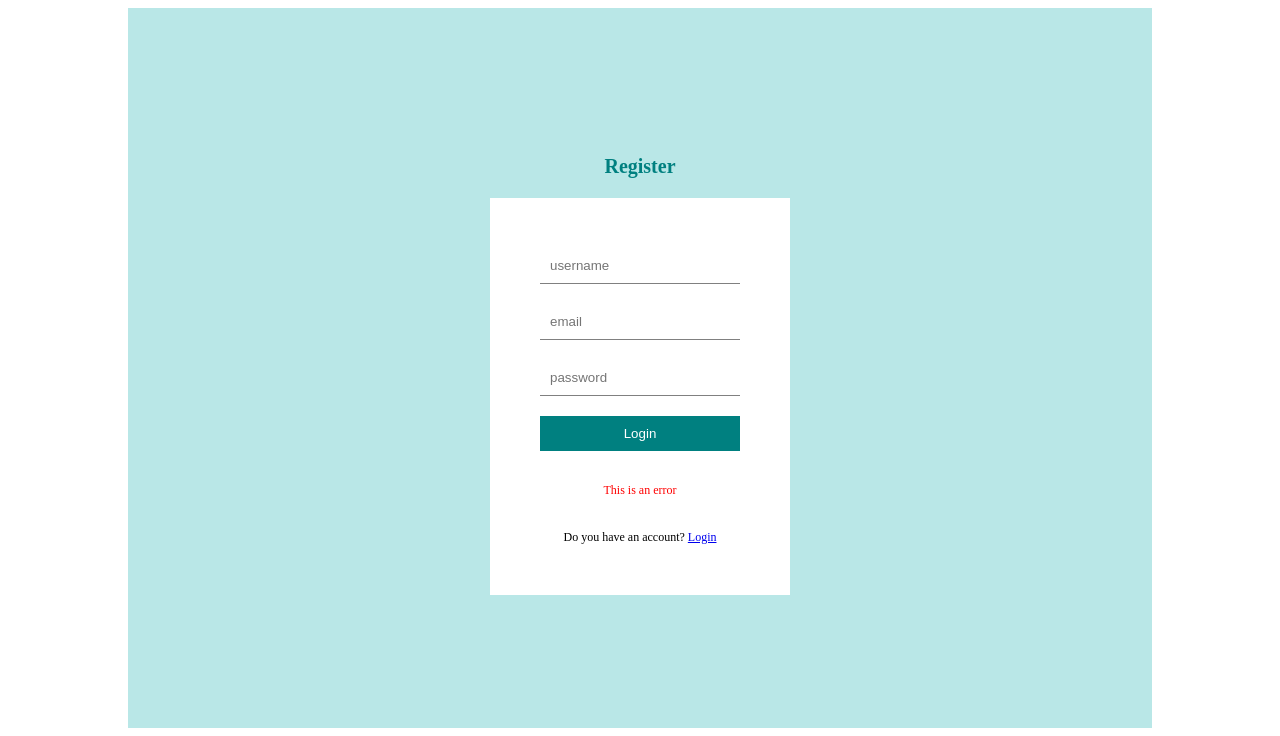
Repository: Jace9999/V-Blog
Page: /register (app in client/)
The author's editor kept a copy of each file at every save. The page is drawn from the files as they stood at one save, then again after the next save.
The browser window is 1280 px wide. The pictures show the whole page.
The project was rebuilt for these pictures with package versions that can differ from the ones it lists, and the page was loaded fresh each time. Also part of the build but not shown: client/vite.config.js, client/src/pages/Home.jsx, client/src/pages/Single.jsx, client/src/pages/Write.jsx, client/src/pages/Login.jsx, client/src/components/Navbar.jsx, client/src/components/Footer.jsx.

Above is the page before, as saved 2023-08-03 07:29:17.

### client/src/App.jsx
import {
  createBrowserRouter,
  RouterProvider,
  Route,
  Outlet,
} from "react-router-dom"

import { Register } from "./pages/Register";
import { Home } from "./pages/Home";
import { Single } from "./pages/Single";
import { Write } from "./pages/Write";
import { Login } from "./pages/Login";
import { Navbar } from "./components/Navbar";
import { Footer } from "./components/Footer";
import "./style.scss"

const Layout = ()=>{
  return (
    <>
    <Navbar/>
    <Outlet/>
    <Footer/>
    </>
  );
};

const router = createBrowserRouter([
  {
    path: "/",
    element: <Layout/>,
    children:[
      {
       path:"/",
        element:<Home/>
      },
      {
        path:"/post/:id",
        element:<Single/>
      },
      {
        path:"/write",
        element:<Write/>
      }
  ]
  },
  {
    path: "/register",
    element: <Register/>
  },
  {
    path: "/single",
    element: <Single/>
  },
  {
    path: "/write",
    element: <Write/>
  },
  {
    path: "/login",
    element: <Login/>
  },
  {
    path: "/home",
    element: <Home/>
  }

]);



function App() {
  return (
    <div className="app">
      <div className="container">

        <RouterProvider router= {router}/>

      </div>
    </div>);
}



export default App;

### client/src/pages/Register.jsx
import React from 'react'
import { Link } from 'react-router-dom'

export const Register = () => {
  return (
    <div className='auth'>
      <h1>Register</h1>
      <form>
        <input type="text" placeholder='username'/>
        <input type="text" placeholder='email'/>
        <input type="password" placeholder='password'/>
        <button>Login</button>
        <p>This is an error</p>
        <span>Do you have an account? <Link to="/login">Login</Link></span>
      </form>

    </div>
  )
}

### client/src/style.scss
$lightGreen: #b9e7e7;

.app {
  display: flex;
  justify-content: center;
  .container {
    width: 1024px;

    .link {
      text-decoration: none;
      color: inherit;
    }
    //LOGIN & REGISTER

    .auth {
      display: flex;
      flex-direction: column;
      align-items: center;
      justify-content: center;
      height: 100vh;
      background-color: $lightGreen;

      h1 {
        font-size: 20px;
        color: teal;
        margin-bottom: 20px;
      }

      form {
        display: flex;
        flex-direction: column;
        padding: 50px;
        background-color: white;
        width: 200px;
        gap: 20px;

        input {
          padding: 10px;
          border: none;
          border-bottom: 1px solid gray;
        }

        button {
          padding: 10px;
          border: none;
          background-color: teal;
          cursor: pointer;
          color: white;
        }

        p {
          font-size: 12px;
          color: red;
          text-align: center;
        }

        span {
          font-size: 12px;
          text-align: center;
        }
      }
    }

    //NAVBAR

    .navbar {
      .container {
        padding: 10px 0px;
        display: flex;
        align-items: center;
        justify-content: space-between;
        .logo {
          img {
            width: 120px;
          }
        }
        .links {
          display: flex;
          align-items: center;
          gap: 10px;

          h6 {
            font-size: 16px;
            font-weight: 300;
          }

          span {
            cursor: pointer;
          }

          .write {
            background-color: $lightGreen;
            width: 50px;
            height: 50px;
            border-radius: 50%;
            display: flex;
            align-items: center;
            justify-content: center;
            font-weight: 300;
            border: 1px solid white;

            &:hover {
              color: teal;
              background-color: white;
              border: 1px solid teal;
            }
          }
        }
      }
    }

    //FOOTER

    footer {
      margin-top: 100px;
      padding: 20px;
      background-color: $lightGreen;
      display: flex;
      align-items: center;
      justify-content: space-between;
      font-size: 12px;
      img {
        height: 50px;
      }
    }

    //HOME

    .home {
      .posts {
        margin-top: 50px;
        display: flex;
        flex-direction: column;
        gap: 150px;

        .post {
          display: flex;
          gap: 100px;

          &:nth-child(2n + 1) {
            flex-direction: row-reverse;
          }

          .img {
            flex: 2;
            position: relative;

            &::after {
              content: "";
              width: 100%;
              height: 100%;
              background-color: $lightGreen;
              position: absolute;
              top: 20px;
              left: -20px;
              z-index: -1;
            }

            img {
              width: 100%;
              max-height: 400px;
              object-fit: cover;
            }
          }

          .content {
            flex: 3;
            display: flex;
            flex-direction: column;
            justify-content: space-between;

            h1 {
              font-size: 48px;
            }

            p {
              font-size: 18px;
            }

            button {
              width: max-content;
              padding: 10px 20px;
              border: none;
              cursor: pointer;
              background-color: white;
              border: 1px solid teal;
              color: teal;

              &:hover {
                border: 1px solid white;
                background-color: $lightGreen;
                color: black;
              }
            }
          }
        }
      }
    }

    //SINGLE

    .single {
      display: flex;
      gap: 50px;

      .content {
        flex: 5;
        display: flex;
        flex-direction: column;
        gap: 30px;

        img {
          width: 100%;
          height: 300px;
          object-fit: cover;
        }

        .user {
          display: flex;
          align-items: center;
          gap: 10px;
          font-size: 14px;
          img {
            width: 50px;
            height: 50px;
            border-radius: 50%;
            object-fit: cover;
          }

          span {
            font-weight: bold;
          }
        }

        .edit {
          display: flex;
          gap: 5px;

          img {
            width: 20px;
            height: 20px;
            cursor: pointer;
          }
        }

        h1 {
          font-size: 42px;
          color: #333;
        }

        p {
          text-align: justify;
          line-height: 30px;
        }
      }
      .menu {
        flex: 2;
        display: flex;
        flex-direction: column;
        gap: 25px;

        h1 {
          font-size: 20px;
          color: #555;
        }

        .post {
          display: flex;
          flex-direction: column;
          gap: 10px;

          img {
            width: 100%;
            height: 200px;
            object-fit: cover;
          }

          h2 {
            color: #555;
          }

          button {
            width: max-content;
            padding: 7.5px 15px;
            border: none;
            cursor: pointer;
            color: teal;
            background-color: white;
            border: 1px solid teal;

            &:hover {
              border: 1px solid white;
              background-color: $lightGreen;
              color: black;
            }
          }
        }
      }
    }

    //WRITE

    .add {
      margin-top: 20px;
      display: flex;
      gap: 20px;

      .content {
        flex: 5;
        display: flex;
        flex-direction: column;
        gap: 20px;

        input {
          padding: 10px;
          border: 1px solid lightgray;
        }

        .editorContainer {
          height: 300px;
          overflow: scroll;
          border: 1px solid lightgray;

          .editor {
            height: 100%;
            border: none;
          }
        }
      }

      .menu {
        flex: 2;
        display: flex;
        flex-direction: column;
        gap: 20px;

        .item {
          border: 1px solid lightgray;
          padding: 10px;
          flex:1;
          display: flex;
          flex-direction: column;
          justify-content: space-between;
          font-size: 12px;
          color: #555;

          h1{
            font-size: 20px;
          }

          .file{
            text-decoration: underline;
            cursor: pointer;
          }

          .buttons{
            display: flex;
            justify-content: space-between;

            :first-child{
              cursor: pointer;
              color: teal;
              background-color: white;
              border: 1px solid teal;
              padding: 3px 5px;
            }
            :last-child{
              cursor: pointer;
              color: white;
              background-color: teal;
              border: 1px solid teal;
              padding: 3px 5px;
            }
          }

          .cat{
            display: flex;
            align-items: center;
            gap: 2px;
            color: teal;
          }
        }
      }
    }
  }
}

Loaded but not shown: client/index.html (common file); client/src/main.jsx (common file)

After the next save:
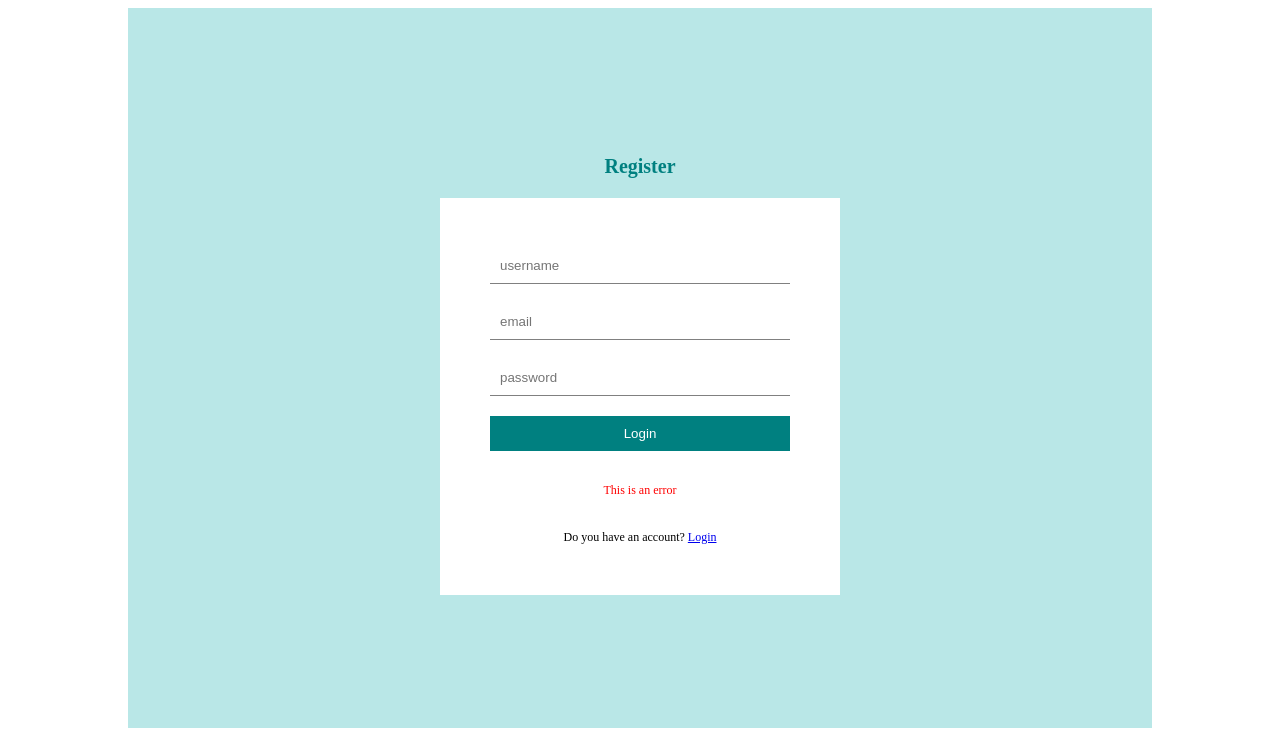
Saved 20 min 25 s later.
--- a/client/src/style.scss
+++ b/client/src/style.scss
@@ -31,7 +31,7 @@
         flex-direction: column;
         padding: 50px;
         background-color: white;
-        width: 200px;
+        width: 300px;
         gap: 20px;
 
         input {

After the save that followed:
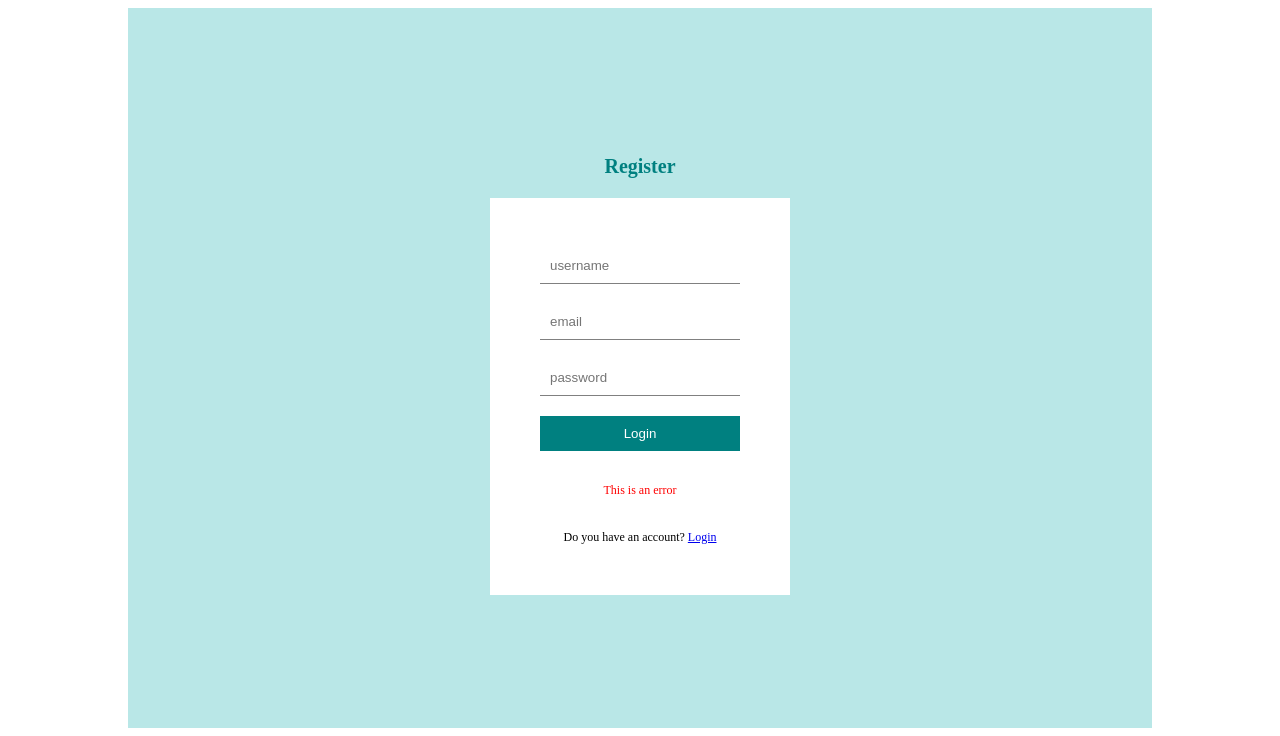
Saved 7 s later.
--- a/client/src/style.scss
+++ b/client/src/style.scss
@@ -31,7 +31,7 @@
         flex-direction: column;
         padding: 50px;
         background-color: white;
-        width: 300px;
+        width: 200px;
         gap: 20px;
 
         input {
